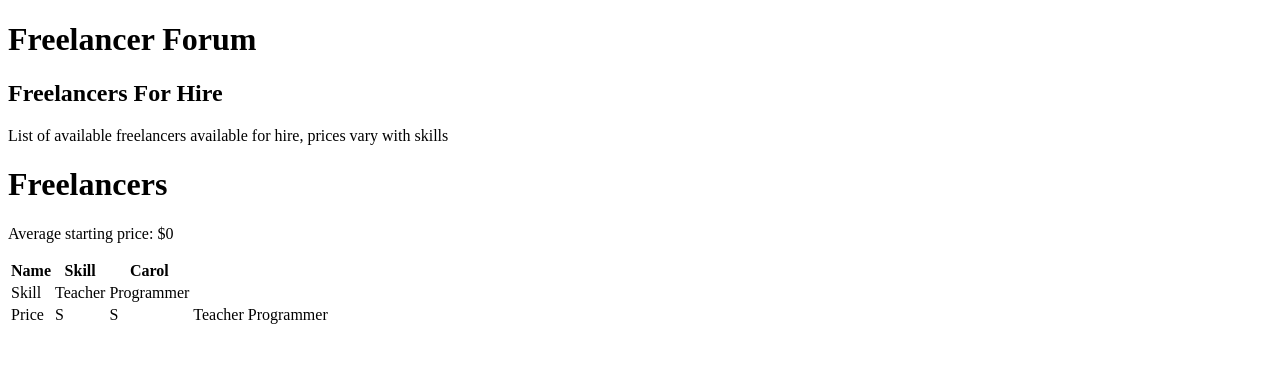
Repository: MelindaN14/Unit2.FreelancerForum
Page: forum/app.html
The author's editor kept a copy of each file at every save. The page is drawn from the files as they stood at one save, then again after the next save.
The browser window is 1280 px wide. The pictures show the whole page.

Above is the page before, as saved 2024-04-10 21:18:59.

After the next save:
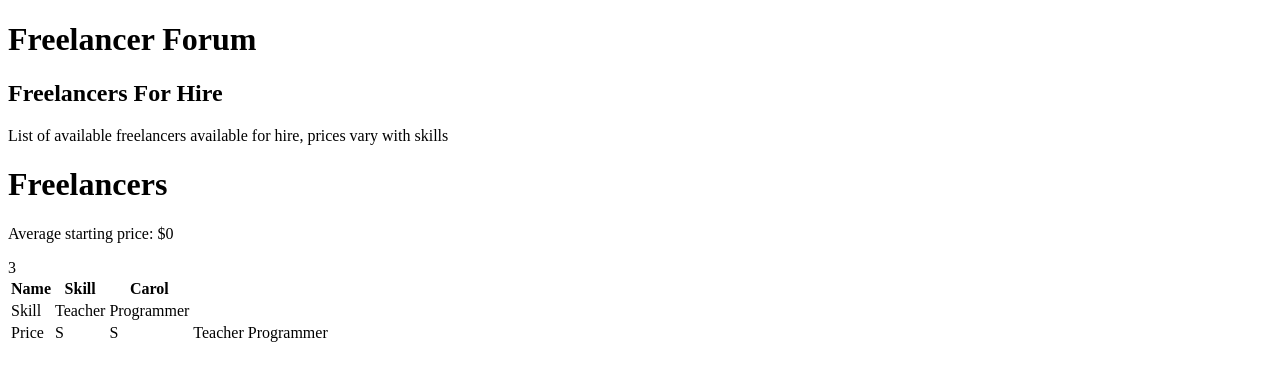
Saved 29 s later.
--- a/forum/app.html
+++ b/forum/app.html
@@ -22,7 +22,7 @@
         <th>Skill</th>
         <th>Carol</th>
       </tr>
-      <tr>
+      <tr>3
         <td>Skill</td>
         <td>Teacher</td>
         <td>Programmer</td>
